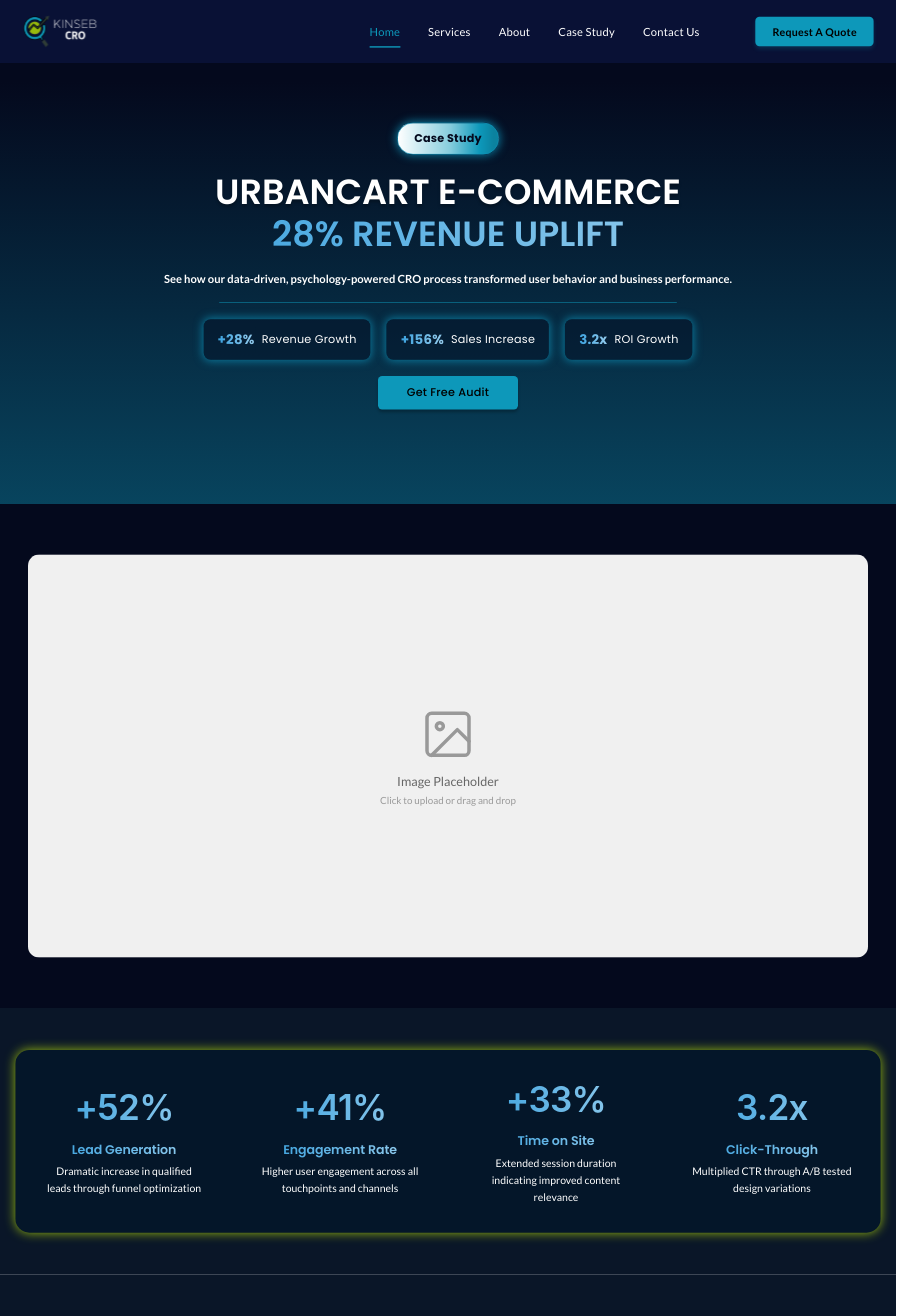
Repository: YahyaK01/Kinseb-cro
Page: /case-study/e-commerce-revenue-uplift-through-testing
These files come from the project's save history. The page is drawn as it stood at one moment and after the next save; the edit follows.
The browser window is 1280 px wide. The page is 1298 px wide, so the pictures cover 1298 px, including what lies to the right of the window. The pictures show the part of the page from y = 0 to 1880 px (the page is 9034 px tall before and 8926 px after), at 70% of full size.
The project was rebuilt for these pictures with package versions that can differ from the ones it lists, and the page was loaded fresh each time. Also part of the build but not shown: src/components/FAQ.jsx, src/components/CTA.jsx, src/components/MetricsSection.jsx, src/components/WhyCROMatter.jsx, src/components/Processsection.jsx, src/components/Hero.jsx, src/components/marquee.jsx, src/components/CEO.jsx and 34 more.

Above is the page before, as saved 2025-12-14 19:10:41.

After the next save:
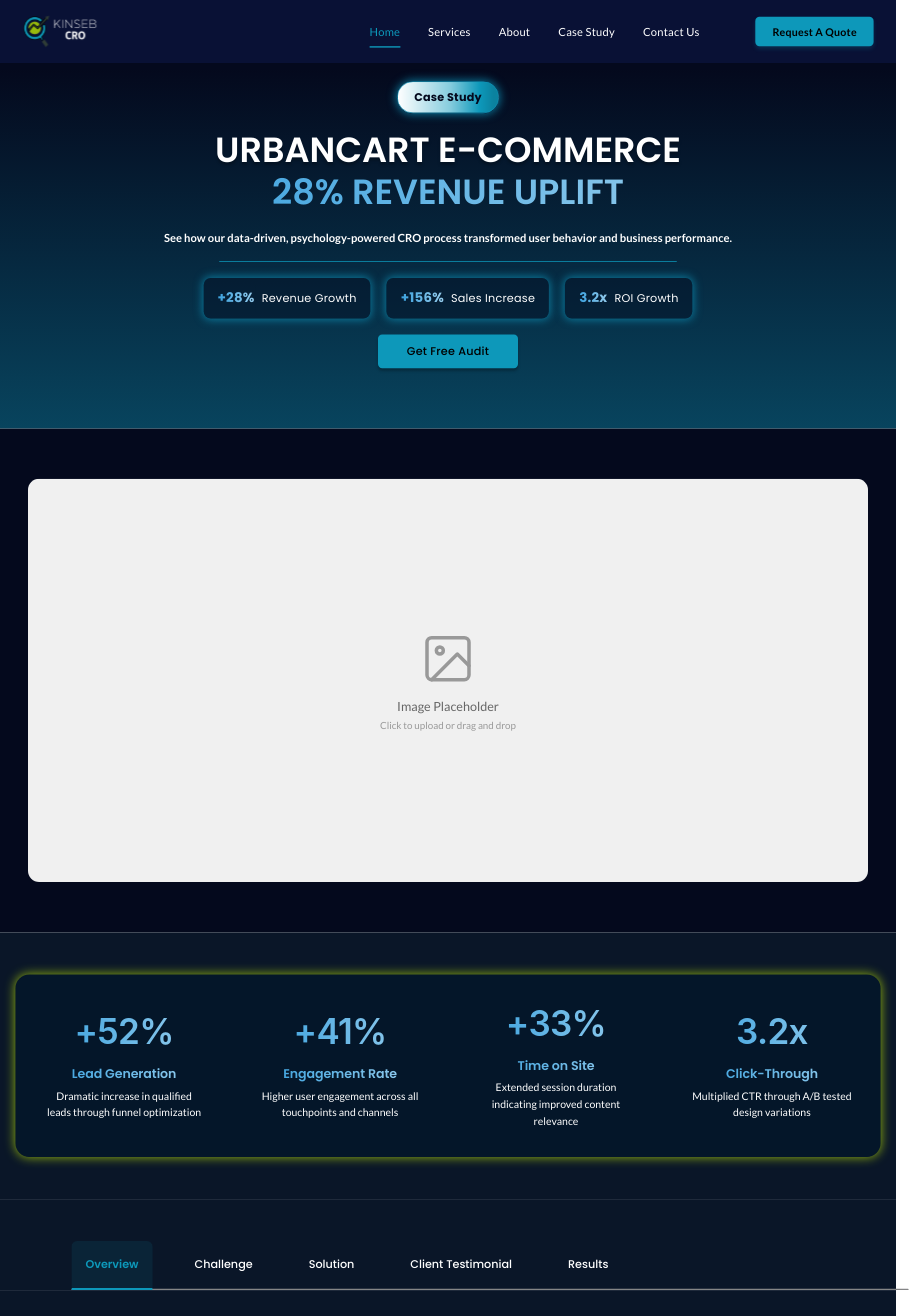
Saved 16 min 56 s later.
--- a/src/components/CaseStudyHero.jsx
+++ b/src/components/CaseStudyHero.jsx
@@ -85,28 +85,28 @@
     setIsVisible(true);
   }, []);
 
-  const getResponsiveStyles = () => {
+const getResponsiveStyles = () => {
     const width = window.innerWidth;
 
     if (width <= 400) {
       return {
-        minHeight: '100vh',
-        padding: '80px 16px 40px 16px'
+        minHeight: '85vh',
+        padding: '60px 16px 30px 16px'
       };
     } else if (width <= 768) {
       return {
-        minHeight: '80vh',
-        padding: '60px 20px 40px 20px'
+        minHeight: '70vh',
+        padding: '50px 20px 30px 20px'
       };
     } else if (width <= 1024) {
       return {
-        minHeight: '90vh',
-        padding: '100px 40px 40px 40px'
+        minHeight: '80vh',
+        padding: '80px 40px 30px 40px'
       };
     } else {
       return {
-        minHeight: '100vh',
-        padding: '80px 40px 40px 40px'
+        minHeight: '85vh',
+        padding: '60px 40px 30px 40px'
       };
     }
   };

After the save that followed:
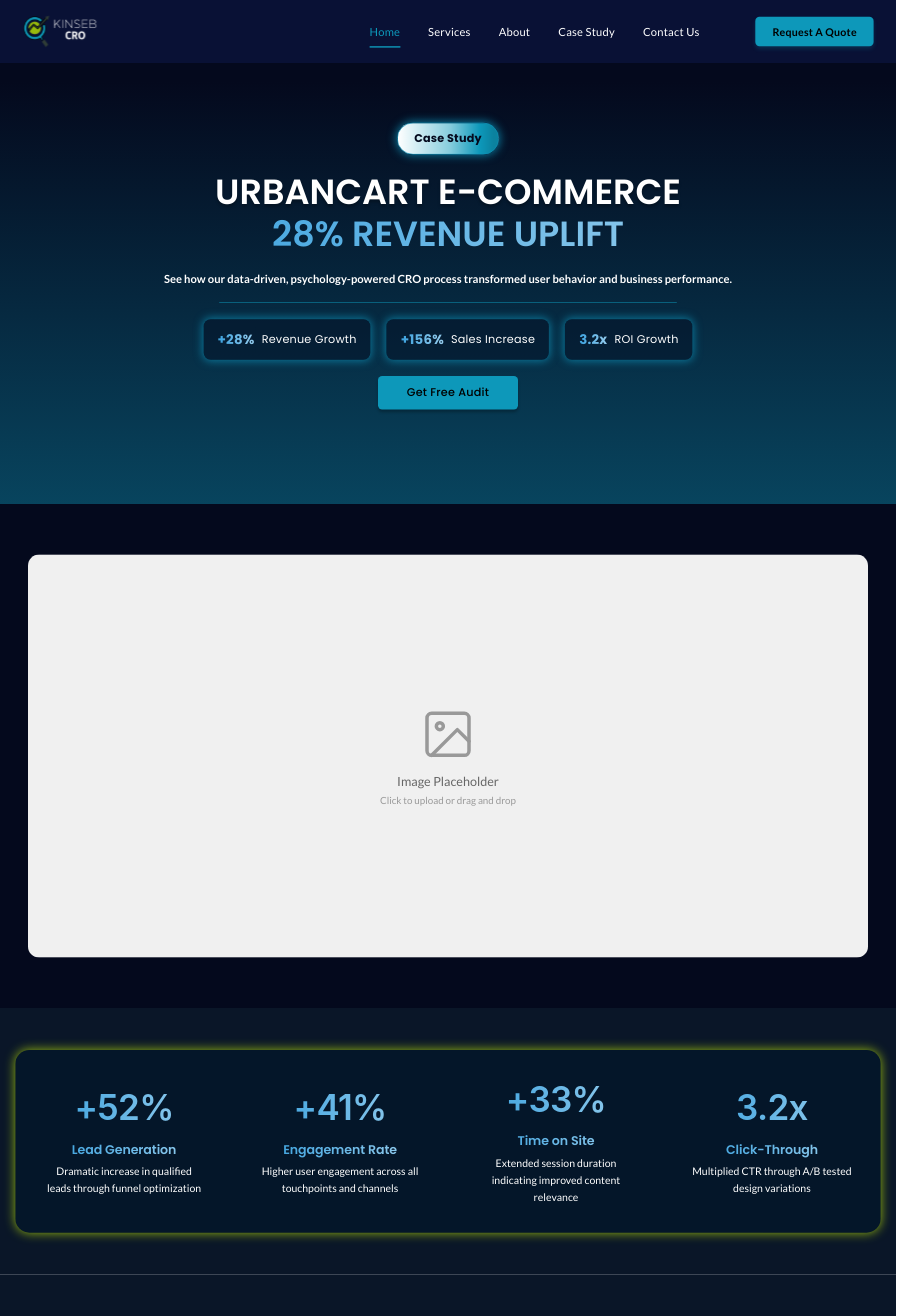
Saved 47 s later.
--- a/src/components/CaseStudyHero.jsx
+++ b/src/components/CaseStudyHero.jsx
@@ -85,28 +85,28 @@
     setIsVisible(true);
   }, []);
 
-const getResponsiveStyles = () => {
+  const getResponsiveStyles = () => {
     const width = window.innerWidth;
 
     if (width <= 400) {
       return {
-        minHeight: '85vh',
-        padding: '60px 16px 30px 16px'
+        minHeight: '100vh',
+        padding: '80px 16px 40px 16px'
       };
     } else if (width <= 768) {
       return {
-        minHeight: '70vh',
-        padding: '50px 20px 30px 20px'
+        minHeight: '80vh',
+        padding: '60px 20px 40px 20px'
       };
     } else if (width <= 1024) {
       return {
-        minHeight: '80vh',
-        padding: '80px 40px 30px 40px'
+        minHeight: '90vh',
+        padding: '100px 40px 40px 40px'
       };
     } else {
       return {
-        minHeight: '85vh',
-        padding: '60px 40px 30px 40px'
+        minHeight: '100vh',
+        padding: '80px 40px 40px 40px'
       };
     }
   };
